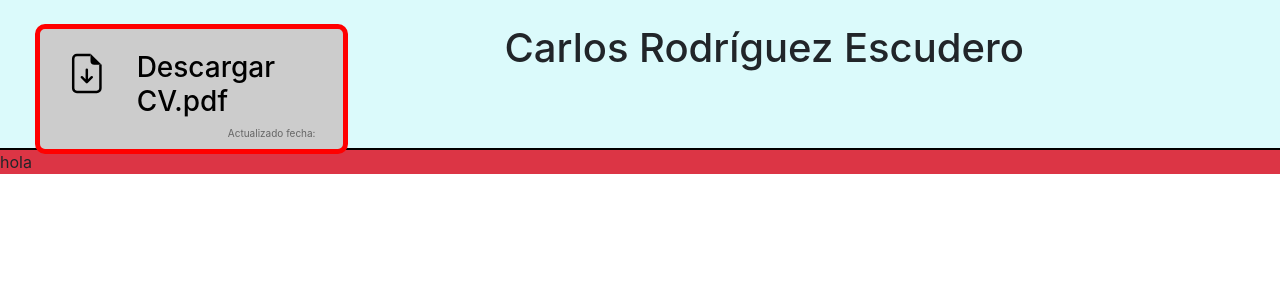
Repository: CarlosRoEs/CarlosWebCV
Page: index.html
The author's editor kept a copy of each file at every save. The page is drawn from the files as they stood at one save, then again after a run of saves.
The browser window is 1280 px wide. The pictures show the whole page.
The style sheet was rebuilt from its Sass, Less or Tailwind sources for each picture, by a compiler version that may differ from the author's.

Above is the page before, as saved 2020-09-15 16:30:47.

After the next 2 saves:
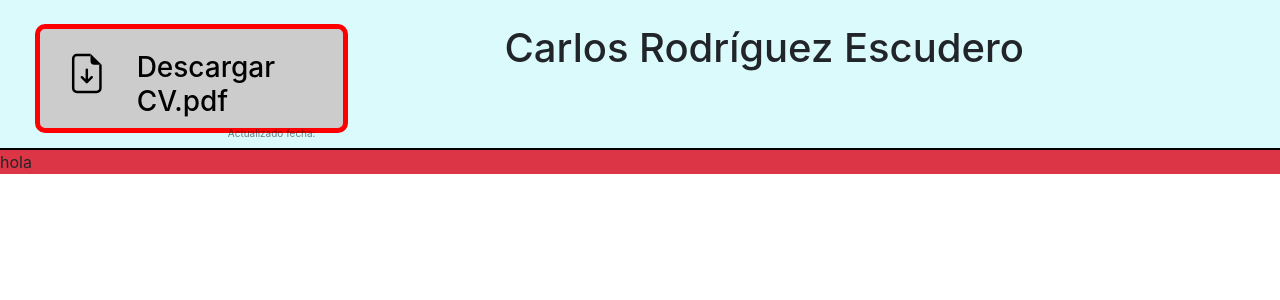
The 2 saves are shown as one change because they came seconds apart.
The last was saved 20 s later.
--- a/Sass/header.scss
+++ b/Sass/header.scss
@@ -1,10 +1,6 @@
 * {
     margin: 0px;
     padding: 0px;
-}
-
-#header{
-    height: 200px;
 }
 
 #row-header {
